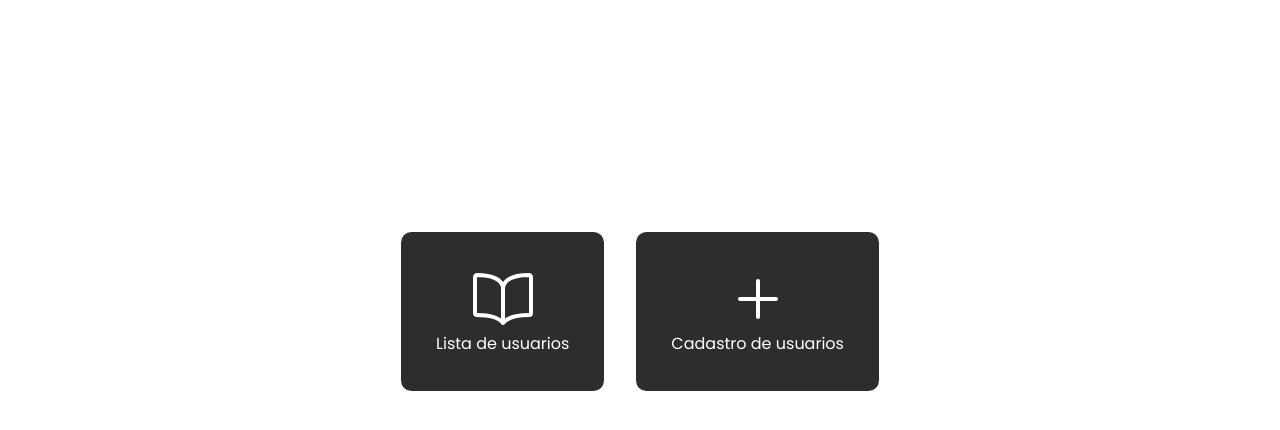
Repository: BeatrizFloriano96/myPagesSpeedLog
Page: html/usuarios.html
These files come from the project's save history. The page is drawn as it stood at one moment and after the next save; the edit follows.
The browser window is 1280 px wide. The pictures show the whole page.

Above is the page before, as saved 2022-01-29 13:18:12.

### html/usuarios.html
<link rel="stylesheet" href="../css/usuarios.css">

<body>



    <section>
        <!--início ícones principais-->

        <div id="grandeCaixa">

            <div class="caixinha">
                <a href="#">
                    <ion-icon name="book-outline"></ion-icon>
                </a>
                <p>Lista de usuarios</p>
            </div>

            <div class="caixinha">
                <a href="#">
                    <ion-icon name="add-outline"></ion-icon>
                </a>
                <p>Cadastro de usuarios</p>
            </div>

        </div>


        <!--Final ícones principais-->

        <script type="module" src="https://unpkg.com/ionicons@5.5.2/dist/ionicons/ionicons.esm.js"></script>
        <script nomodule src="https://unpkg.com/ionicons@5.5.2/dist/ionicons/ionicons.js"></script>
    </section>




</body>

### css/usuarios.css
@import url('https://fonts.googleapis.com/css2?family=Poppins:wght@100;200;300;400;500;600;700&display=swap');
/*@import url('https://fonts.googleapis.com/css2?family=Patrick+Hand&display=swap');*/

*{
    padding: 0;
    margin: 0;
    box-sizing: border-box;
    border: none;
    font-family: 'Poppins';

}

.caixinha{
        background-color:#2d2d2d;
        min-height: 20vh;
        min-width: 25vh;
        margin: 1rem;
        padding: 35px;
        border-radius: 10.5px;
        text-align: center;

}

p, a {
    color: white;

}

#grandeCaixa{
    display: flex;
    justify-content: center;
    margin-top: 30vh;
}

.caixinha a{
        font-size: 4rem;
}

After the next save:
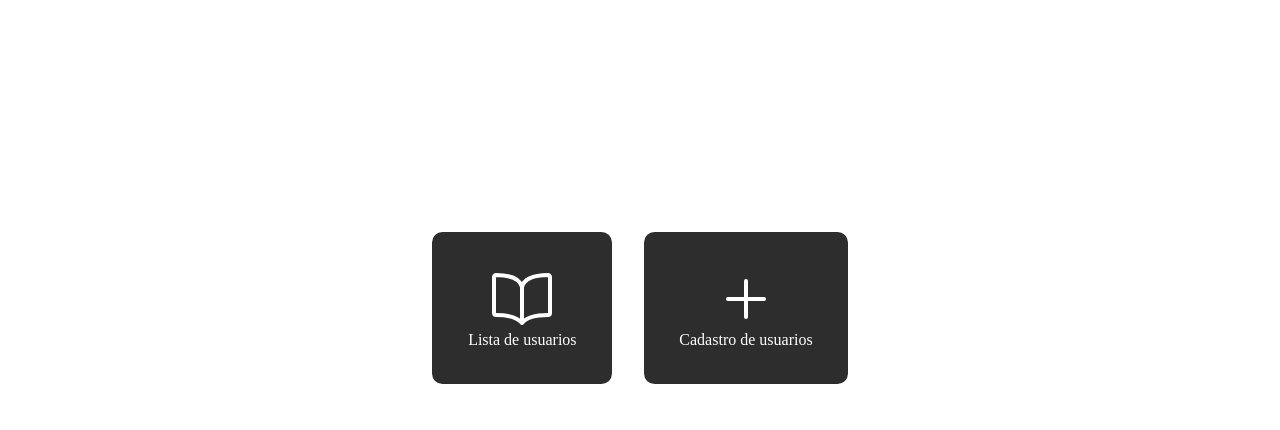
Saved 10 s later.
--- a/css/usuarios.css
+++ b/css/usuarios.css
@@ -1,4 +1,4 @@
-@import url('https://fonts.googleapis.com/css2?family=Poppins:wght@100;200;300;400;500;600;700&display=swap');
+/*@import url('https://fonts.googleapis.com/css2?family=Poppins:wght@100;200;300;400;500;600;700&display=swap');*/
 /*@import url('https://fonts.googleapis.com/css2?family=Patrick+Hand&display=swap');*/
 
 *{

After the save that followed:
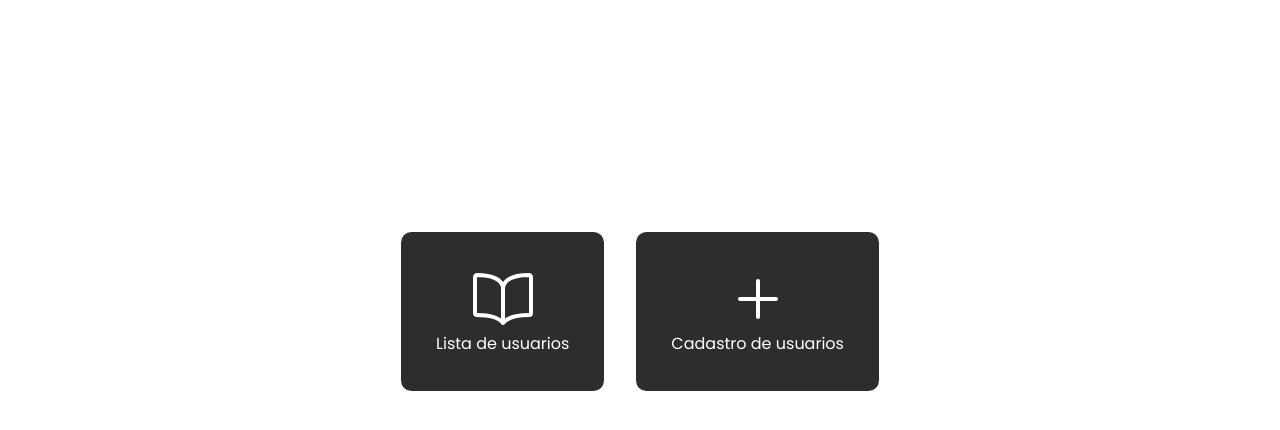
Saved 15 s later.
--- a/css/usuarios.css
+++ b/css/usuarios.css
@@ -1,4 +1,4 @@
-/*@import url('https://fonts.googleapis.com/css2?family=Poppins:wght@100;200;300;400;500;600;700&display=swap');*/
+@import url('https://fonts.googleapis.com/css2?family=Poppins:wght@100;200;300;400;500;600;700&display=swap');
 /*@import url('https://fonts.googleapis.com/css2?family=Patrick+Hand&display=swap');*/
 
 *{
